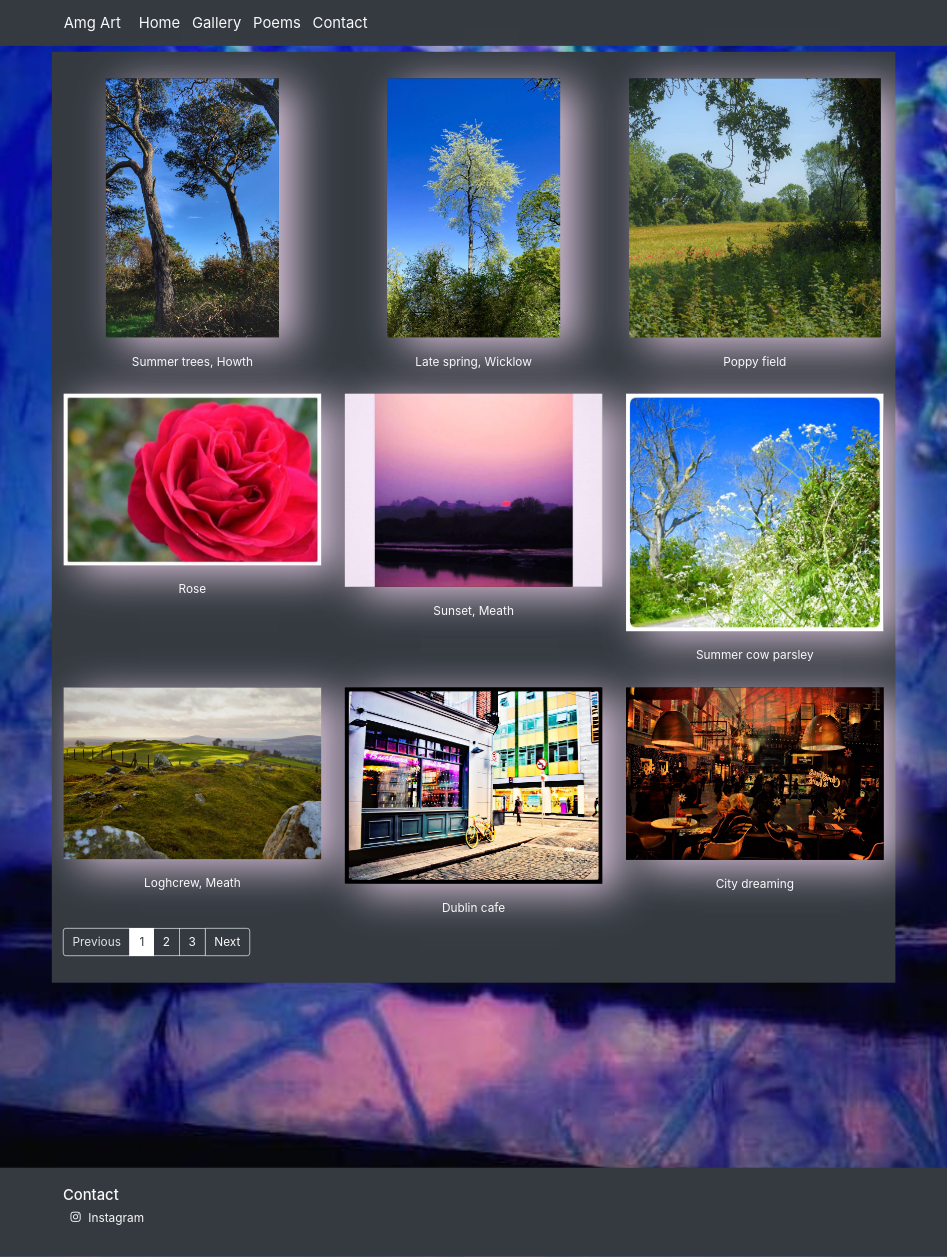
Repository: AllenGleeson/AmgArtGallery
Page: gallery1.html
The author's editor kept a record of every edit. The page is drawn from the files as they stood at one moment, then again after the next edit.
The browser window is 1280 px wide. The pictures show the whole page, at 74% of full size.

Above is the page before.

After the next edit:
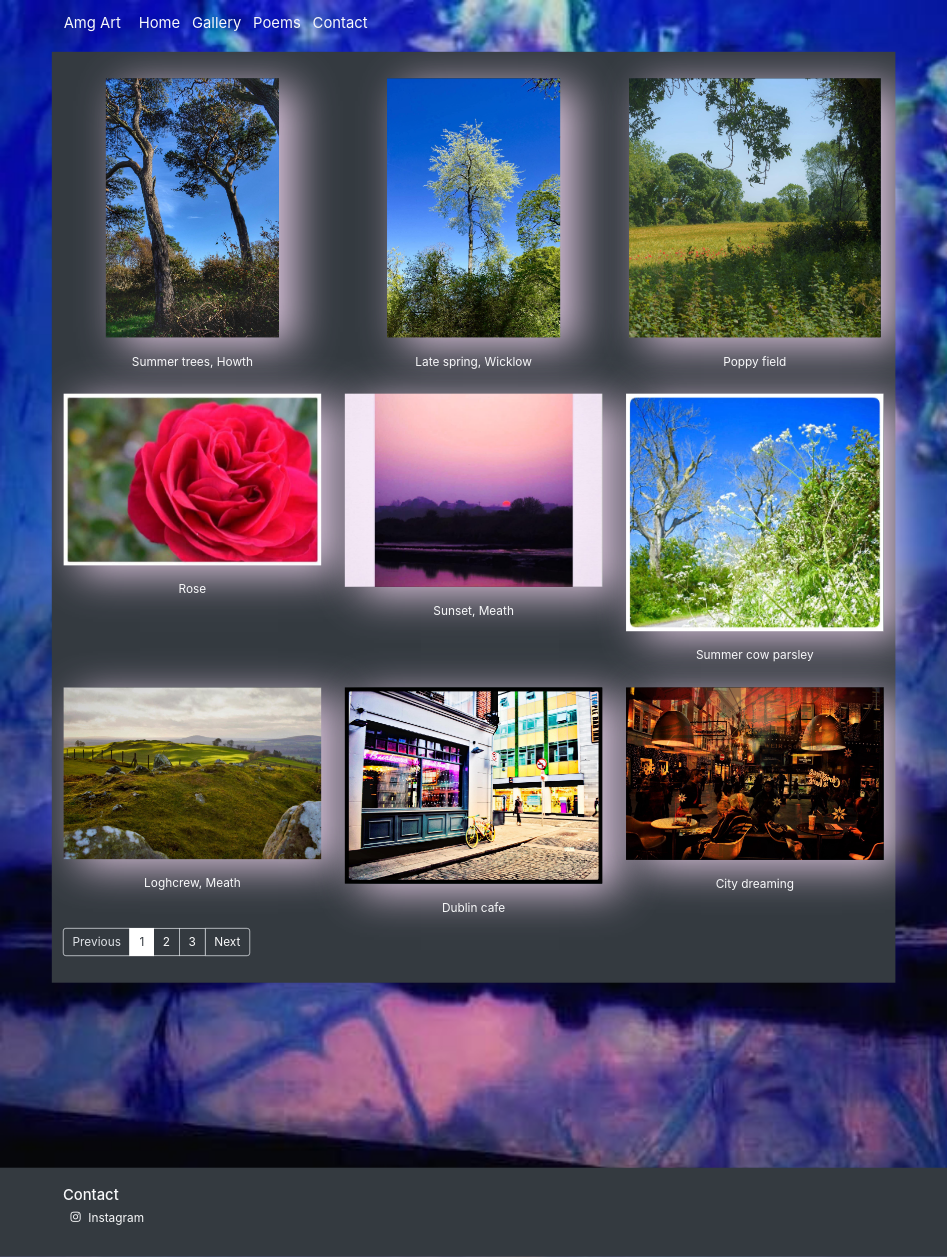
The edit:
--- a/gallery1.html
+++ b/gallery1.html
@@ -11,7 +11,7 @@
 </head>
 
 <body>
-    <header class="bg-dark mb-2">
+    <header class="mb-2">
         <nav class="navbar navbar-expand-sm navbar-light container">
             <a class="navbar-brand text-light" href="./index.html">Amg Art</a>
             <button class="navbar-toggler" type="button" data-toggle="collapse" data-target="#navbarNavAltMarkup" aria-controls="navbarNavAltMarkup" aria-expanded="false" aria-label="Toggle navigation">
